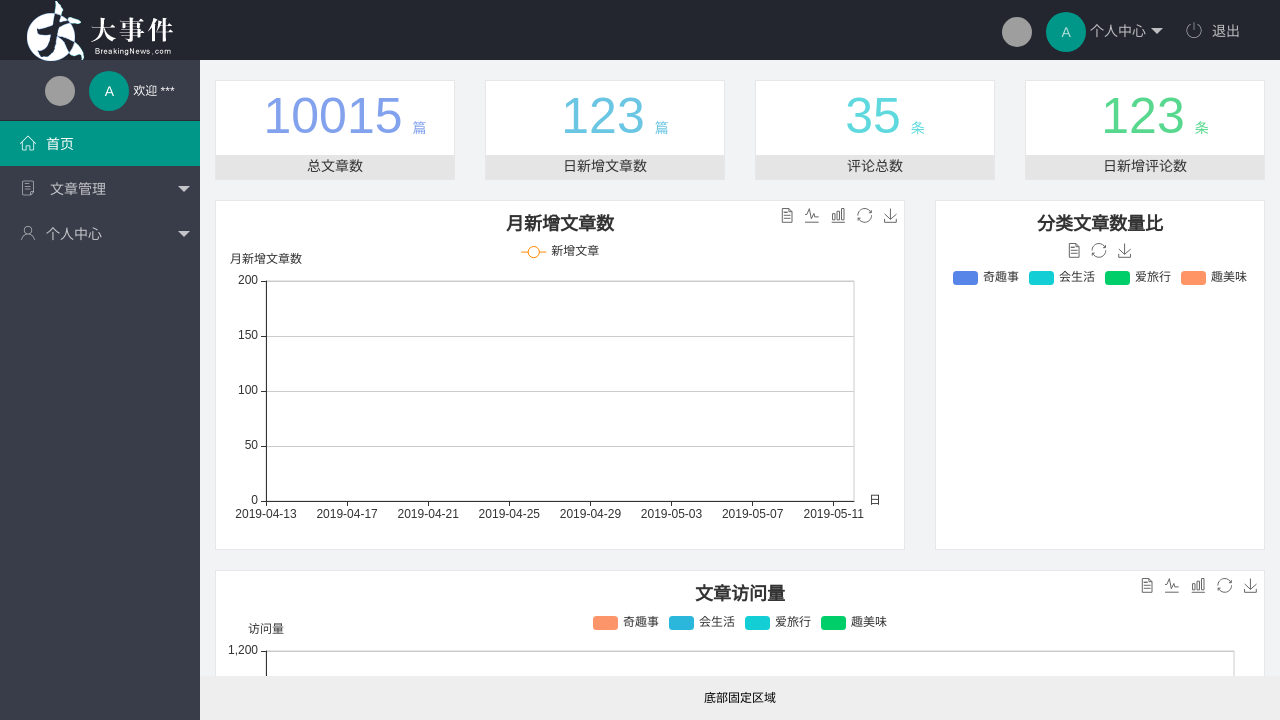
Repository: lithronmatic/web_bigbigevent
Page: index.html
These files come from the project's save history. The page is drawn as it stood at one moment and after the next save; the edit follows.
The browser window is 1280 px wide. The pictures show the whole page.
Pictures or frames that could not be fetched are drawn as grey boxes. The page's requests for data from a server got no answer.

Above is the page before, as saved 2022-09-03 09:46:44.

### index.html
<!DOCTYPE html>
<html lang="en">

<head>
    <meta charset="UTF-8">
    <meta http-equiv="X-UA-Compatible" content="IE=edge">
    <meta name="viewport" content="width=device-width, initial-scale=1.0">
    <title>后台主页</title>
    <link rel="stylesheet" href="./assets/lib/layui/css/layui.css">
    <link rel="stylesheet" href="./assets/fonts/iconfont.css">
    <link rel="stylesheet" href="./assets/css/index.css">
</head>

<body>
    <div class="layui-layout layui-layout-admin">
        <div class="layui-header">
            <div class="layui-logo">
                <img src="./assets/images/logo.png" alt="">
            </div>
            <!-- 头部区域（可配合layui 已有的水平导航） -->
            <ul class="layui-nav layui-layout-right">
                <li class="layui-nav-item layui-hide layui-show-md-inline-block">
                    <a href="javascript:;" class="userinfo">
                        <img src="//tva1.sinaimg.cn/crop.0.0.118.118.180/5db11ff4gw1e77d3nqrv8j203b03cweg.jpg"
                            class="layui-nav-img">
                        <span class="text-avatar">A</span>
                        个人中心
                    </a>
                    <dl class="layui-nav-child">
                        <dd><a href="">基本资料</a></dd>
                        <dd><a href="">更换头像</a></dd>
                        <dd><a href="">重置密码</a></dd>
                    </dl>
                </li>
                <li class="layui-nav-item">
                    <a href="javascript:;">
                        <span class="iconfont icon-tuichu"></span>退出
                    </a>
                </li>
            </ul>
        </div>

        <div class="layui-side layui-bg-black">
            <div class="layui-side-scroll">
                <div class="userinfo">
                    <img src="//tva1.sinaimg.cn/crop.0.0.118.118.180/5db11ff4gw1e77d3nqrv8j203b03cweg.jpg"
                        class="layui-nav-img">
                    <span class="text-avatar">A</span>
                    <span id="welcome">欢迎 ***</span>
                </div>
                <!-- 左侧导航区域（可配合layui已有的垂直导航） -->
                <ul class="layui-nav layui-nav-tree" lay-shrink="all" lay-filter="test">
                    <li class="layui-nav-item layui-this">
                        <a href="./home/dashboard.html" target="fm"><span class="iconfont icon-home"></span>首页</a>
                    </li>
                    <li class="layui-nav-item">
                        <a class="" href="javascript:;"><span class="iconfont icon-16"></span>
                            文章管理
                        </a>
                        <dl class="layui-nav-child">
                            <dd><a href="javascript:;"><i class="layui-icon layui-icon-app"></i>文章类别</a></dd>
                            <dd><a href="javascript:;"><i class="layui-icon layui-icon-app"></i>文章列表</a></dd>
                            <dd><a href="javascript:;"><i class="layui-icon layui-icon-app"></i>发布文章</a></dd>
                        </dl>
                    </li>
                    <li class="layui-nav-item">
                        <a href="javascript:;"><span class="iconfont icon-user"></span>个人中心</a>
                        <dl class="layui-nav-child">
                            <dd><a href="javascript:;">基本资料</a></dd>
                            <dd><a href="javascript:;">更换头像</a></dd>
                            <dd><a href="javascript:;">重置密码</a></dd>
                        </dl>
                    </li>
                </ul>
            </div>
        </div>

        <div class="layui-body">
            <!-- 内容主体区域 -->
            <iframe src="./home/dashboard.html" name="fm" frameborder="0"></iframe>
        </div>

        <div class="layui-footer">
            <!-- 底部固定区域 -->
            底部固定区域
        </div>
    </div>

    <!-- 导入layui.js文件 -->
    <script src="./assets/lib/layui/layui.all.js"></script>
    <!-- 导入jquery -->
    <script src="./assets/lib/jquery.js"></script>
    <!-- 导入baseAPI -->
    <script src="./assets/js/baseAPI.js"></script>
    <!-- 导入自己的js -->
    <script src="./assets/js/index.js"></script>
</body>

</html>

### assets/css/index.css
/* .iconfont{
    margin-right:8px;
}

.layui-icon{
    margin-right:8px;
    margin-left:20px;
}

iframe{
    width: 100%;
    height: 100%;
}

.layui-body{
    overflow: hidden;
}

a{
    transition: none!important;
}

.userinfo{
    height:60px;
    line-height: 60px;
    text-align: center;
    border-bottom:1px solid #282b33;

}

#welcome{
    color:#fff;
    font-size: 12px;
    /* 禁止用户选中 */
    /* user-select: none;
} */

/* .layui-nav-img{
    width:40px;
    height:40px;
}

.text-avatar{
    display: inline-block;
    width: 40px;
    height:40px;
    font-size: 20px;
    background-color: #009688;
    text-align: center;
    line-height: 40px;
    border-radius: 50%;
    position:relative;
    top:4px;
    margin-right: 10px;
}  */

.layui-footer{
    text-align: center;
    font-size: 12px;
}
.iconfont{
    margin-right:10px;
}
.layui-icon{
    margin-right:10px;
}
iframe{
    width:100%;
    height:100%;
}
.layui-body{
    overflow: hidden;
}
.userinfo{
    height:60px;
    line-height: 60px;
    text-align: center;
}
#welcome{
    color:#fff;
    font-size: 12px;
    /* 禁止用户选中  */
    user-select: none;
}
.layui-side-scroll .userinfo{
    border-bottom:1px solid #282b33;
}

.text-avatar{
    display: inline-block;
    width:40px;
    height: 40px;
    background-color: #009688;
    vertical-align: middle;
    border-radius: 50%;
    text-align: center;
    line-height: 40px;
}

### assets/js/baseAPI.js
// 在调用$.get()或$.post()或$.ajax()之前，都会先调用
// $.ajaxPrefilter这个函数
$.ajaxPrefilter(function(options){
    // console.log(options.url);//
    // 在发起真正的Ajax请求之前，统一拼接请求的根路径
    options.url = "http://www.liulongbin.top:3007" + options.url;
})

### assets/js/index.js
// $(function(){
//     getUserInfo();
// })

// var layer = layui.layer;
// // 获取用户的基本信息
// function getUserInfo(){
//     $.ajax({
//         method:'GET',
//         url:'/my/userinfo',
//         // headers就是请求头配置对象
//         headers:{
//             Authorization:localStorage.getItem('token') || ""
//         },
//         success:function(res){
//            if(res.status!==0){
//              return layui.layer.msg('获取用户信息失败!');
//            }
//         //调用renderAvatar 渲染用户的头像
//         renderAvatar(res.data);
//         }
//     })
// }

// // 渲染用户的头像
// function renderAvatar(user){
//     // 1.获取用户名称
//     var name = user.nickname || user.username;
//     // 2.设置欢迎的文本
//     $('#welcome').html('欢迎&nbsp;&nbsp;'+ name);
//     // 3.按需渲染用户的头像
//     if(user.user_pic!==null){
//         // 3.1渲染图片头像
//         $(".layui-nav-img").attr('src',user.user_pic).show();
//         // 让文本头像隐藏
//         $(".text-avatar").hide();
//     }else{
//         // 3.2渲染文本头像
//         // 让图片头像隐藏
//         $(".layui-nav-img").hide();
//         //渲染文本头像
//         var first = name[0].toUpperCase();
//         $(".text-avatar").html(first).show();
//     }
// }

$(function(){
    getUserInfo()

})

// 获取用户基本信息
function getUserInfo(){
    $.ajax({
        type:'GET',
        url:'/my/userinfo',
        // headers 请求头配置对象
        headers:{
            Authorization:localStorage.getItem('token')
        },
        success:function(res){
            if(res.status!=0){
                return layui.layer.msg('获取用户信息失败!')
            }
            // 调用renderAvatar渲染用户的头像
            renderAvatar(res.data)
        }
    })
}

// 渲染用户的头像
function renderAvatar(user){

}

### home/dashboard.html
<!DOCTYPE html>
<html lang="en">

<head>
  <meta charset="UTF-8">
  <meta name="viewport" content="width=device-width, initial-scale=1.0">
  <meta http-equiv="X-UA-Compatible" content="ie=edge">
  <title>图表统计</title>
  <link rel="stylesheet" href="../../assets/lib/bootstrap.css" />
  <link rel="stylesheet" href="../../assets/lib/main.css" />
  <script src="../../assets/lib/jquery.js"></script>
  <script type="text/javascript" src="../../assets/lib/echarts.min.js"></script>
</head>

<body>
  <div class="container-fluid">
    <div class="row spannel_list">
      <div class="col-sm-3 col-xs-6">
        <div class="spannel">
          <em>10015</em><span>篇</span>
          <b>总文章数</b>
        </div>
      </div>
      <div class="col-sm-3 col-xs-6">
        <div class="spannel scolor01">
          <em>123</em><span>篇</span>
          <b>日新增文章数</b>
        </div>
      </div>
      <div class="col-sm-3 col-xs-6">
        <div class="spannel scolor02">
          <em>35</em><span>条</span>
          <b>评论总数</b>
        </div>
      </div>
      <div class="col-sm-3 col-xs-6">
        <div class="spannel scolor03">
          <em>123</em><span>条</span>
          <b>日新增评论数</b>
        </div>
      </div>
    </div>
  </div>

  <div class="container-fluid">
    <div class="row curve-pie">
      <div class="col-lg-8 col-md-8">
        <div class="gragh_pannel" id="curve_show"></div>
      </div>
      <div class="col-lg-4 col-md-4">
        <div class="gragh_pannel" id="pie_show"></div>
      </div>
    </div>
  </div>

  <div class="container-fluid">
    <div class="column_pannel" id="column_show"></div>
  </div>

  <script>
    var oChart = echarts.init(document.getElementById('curve_show'));
    var aList_all = [
      { 'count': 36, 'date': '2019-04-13' },
      { 'count': 52, 'date': '2019-04-14' },
      { 'count': 78, 'date': '2019-04-15' },
      { 'count': 85, 'date': '2019-04-16' },
      { 'count': 65, 'date': '2019-04-17' },
      { 'count': 72, 'date': '2019-04-18' },
      { 'count': 88, 'date': '2019-04-19' },
      { 'count': 64, 'date': '2019-04-20' },
      { 'count': 72, 'date': '2019-04-21' },
      { 'count': 90, 'date': '2019-04-22' },
      { 'count': 96, 'date': '2019-04-23' },
      { 'count': 100, 'date': '2019-04-24' },
      { 'count': 102, 'date': '2019-04-25' },
      { 'count': 110, 'date': '2019-04-26' },
      { 'count': 123, 'date': '2019-04-27' },
      { 'count': 100, 'date': '2019-04-28' },
      { 'count': 132, 'date': '2019-04-29' },
      { 'count': 146, 'date': '2019-04-30' },
      { 'count': 200, 'date': '2019-05-01' },
      { 'count': 180, 'date': '2019-05-02' },
      { 'count': 163, 'date': '2019-05-03' },
      { 'count': 110, 'date': '2019-05-04' },
      { 'count': 80, 'date': '2019-05-05' },
      { 'count': 82, 'date': '2019-05-06' },
      { 'count': 70, 'date': '2019-05-07' },
      { 'count': 65, 'date': '2019-05-08' },
      { 'count': 54, 'date': '2019-05-09' },
      { 'count': 40, 'date': '2019-05-10' },
      { 'count': 45, 'date': '2019-05-11' },
      { 'count': 38, 'date': '2019-05-12' },
    ];

    let aCount = [];
    let aDate = [];

    for (var i = 0; i < aList_all.length; i++) {
      aCount.push(aList_all[i].count);
      aDate.push(aList_all[i].date);
    }

    var chartopt = {
      title: {
        text: '月新增文章数',
        left: 'center',
        top: '10'
      },
      tooltip: {
        trigger: 'axis'
      },
      legend: {
        data: ['新增文章'],
        top: '40'
      },
      toolbox: {
        show: true,
        feature: {
          mark: { show: true },
          dataView: { show: true, readOnly: false },
          magicType: { show: true, type: ['line', 'bar'] },
          restore: { show: true },
          saveAsImage: { show: true }
        }
      },
      calculable: true,
      xAxis: [
        {
          name: '日',
          type: 'category',
          boundaryGap: false,
          data: aDate
        }
      ],
      yAxis: [
        {
          name: '月新增文章数',
          type: 'value'
        }
      ],
      series: [
        {
          name: '新增文章',
          type: 'line',
          smooth: true,
          itemStyle: { normal: { areaStyle: { type: 'default' }, color: '#f80' }, lineStyle: { color: '#f80' } },
          data: aCount
        }],
      areaStyle: {
        normal: {
          color: new echarts.graphic.LinearGradient(0, 0, 0, 1, [{
            offset: 0,
            color: 'rgba(255,136,0,0.39)'
          }, {
            offset: .34,
            color: 'rgba(255,180,0,0.25)'
          }, {
            offset: 1,
            color: 'rgba(255,222,0,0.00)'
          }])

        }
      },
      grid: {
        show: true,
        x: 50,
        x2: 50,
        y: 80,
        height: 220
      }
    };

    oChart.setOption(chartopt);


    var oPie = echarts.init(document.getElementById('pie_show'));
    var oPieopt =
    {
      title: {
        top: 10,
        text: '分类文章数量比',
        x: 'center'
      },
      tooltip: {
        trigger: 'item',
        formatter: "{a} <br/>{b} : {c} ({d}%)"
      },
      color: ['#5885e8', '#13cfd5', '#00ce68', '#ff9565'],
      legend: {
        x: 'center',
        top: 65,
        data: ['奇趣事', '会生活', '爱旅行', '趣美味']
      },
      toolbox: {
        show: true,
        x: 'center',
        top: 35,
        feature: {
          mark: { show: true },
          dataView: { show: true, readOnly: false },
          magicType: {
            show: true,
            type: ['pie', 'funnel'],
            option: {
              funnel: {
                x: '25%',
                width: '50%',
                funnelAlign: 'left',
                max: 1548
              }
            }
          },
          restore: { show: true },
          saveAsImage: { show: true }
        }
      },
      calculable: true,
      series: [
        {
          name: '访问来源',
          type: 'pie',
          radius: ['45%', '60%'],
          center: ['50%', '65%'],
          data: [
            { value: 300, name: '奇趣事' },
            { value: 100, name: '会生活' },
            { value: 260, name: '爱旅行' },
            { value: 180, name: '趣美味' }
          ]
        }
      ]
    };
    oPie.setOption(oPieopt);



    var oColumn = this.echarts.init(document.getElementById('column_show'));
    var oColumnopt =
    {
      title: {
        text: '文章访问量',
        left: 'center',
        top: '10'
      },
      tooltip: {
        trigger: 'axis'
      },
      legend: {
        data: ['奇趣事', '会生活', '爱旅行', '趣美味'],
        top: '40'
      },
      toolbox: {
        show: true,
        feature: {
          mark: { show: true },
          dataView: { show: true, readOnly: false },
          magicType: { show: true, type: ['line', 'bar'] },
          restore: { show: true },
          saveAsImage: { show: true }
        }
      },
      calculable: true,
      xAxis: [
        {
          type: 'category',
          data: ['1月', '2月', '3月', '4月', '5月']
        }
      ],
      yAxis: [
        {
          name: '访问量',
          type: 'value'
        }
      ],
      series: [
        {
          name: '奇趣事',
          type: 'bar',
          barWidth: 20,
          itemStyle: {
            normal: { areaStyle: { type: 'default' }, color: '#fd956a' }
          },
          data: [800, 708, 920, 1090, 1200]
        },
        {
          name: '会生活',
          type: 'bar',
          barWidth: 20,
          itemStyle: {
            normal: { areaStyle: { type: 'default' }, color: '#2bb6db' }
          },
          data: [400, 468, 520, 690, 800]
        },
        {
          name: '爱旅行',
          type: 'bar',
          barWidth: 20,
          itemStyle: {
            normal: { areaStyle: { type: 'default' }, color: '#13cfd5' }
          },
          data: [500, 668, 520, 790, 900]
        },
        {
          name: '趣美味',
          type: 'bar',
          barWidth: 20,
          itemStyle: {
            normal: { areaStyle: { type: 'default' }, color: '#00ce68' }
          },
          data: [600, 508, 720, 890, 1000]
        }
      ],
      grid: {
        show: true,
        x: 50,
        x2: 30,
        y: 80,
        height: 260
      },
      dataZoom: [//给x轴设置滚动条
        {
          start: 0,//默认为0
          end: 100 - 1000 / 31,//默认为100
          type: 'slider',
          show: true,
          xAxisIndex: [0],
          handleSize: 0,//滑动条的 左右2个滑动条的大小
          height: 8,//组件高度
          left: 45, //左边的距离
          right: 50,//右边的距离
          bottom: 26,//右边的距离
          handleColor: '#ddd',//h滑动图标的颜色
          handleStyle: {
            borderColor: "#cacaca",
            borderWidth: "1",
            shadowBlur: 2,
            background: "#ddd",
            shadowColor: "#ddd",
          }
        }]
    };
    oColumn.setOption(oColumnopt);
  </script>
</body>

</html>

Loaded but not shown: assets/lib/layui/css/layui.css (library); assets/fonts/iconfont.css (common file); assets/lib/layui/layui.all.js (library); assets/lib/jquery.js (library); assets/lib/bootstrap.css (library); assets/lib/main.css (library); assets/lib/echarts.min.js (library); assets/lib/layui/css/modules/laydate/default/laydate.css (library); assets/lib/layui/css/modules/layer/default/layer.css (library); assets/lib/layui/css/modules/code.css (common file)

After the next save:
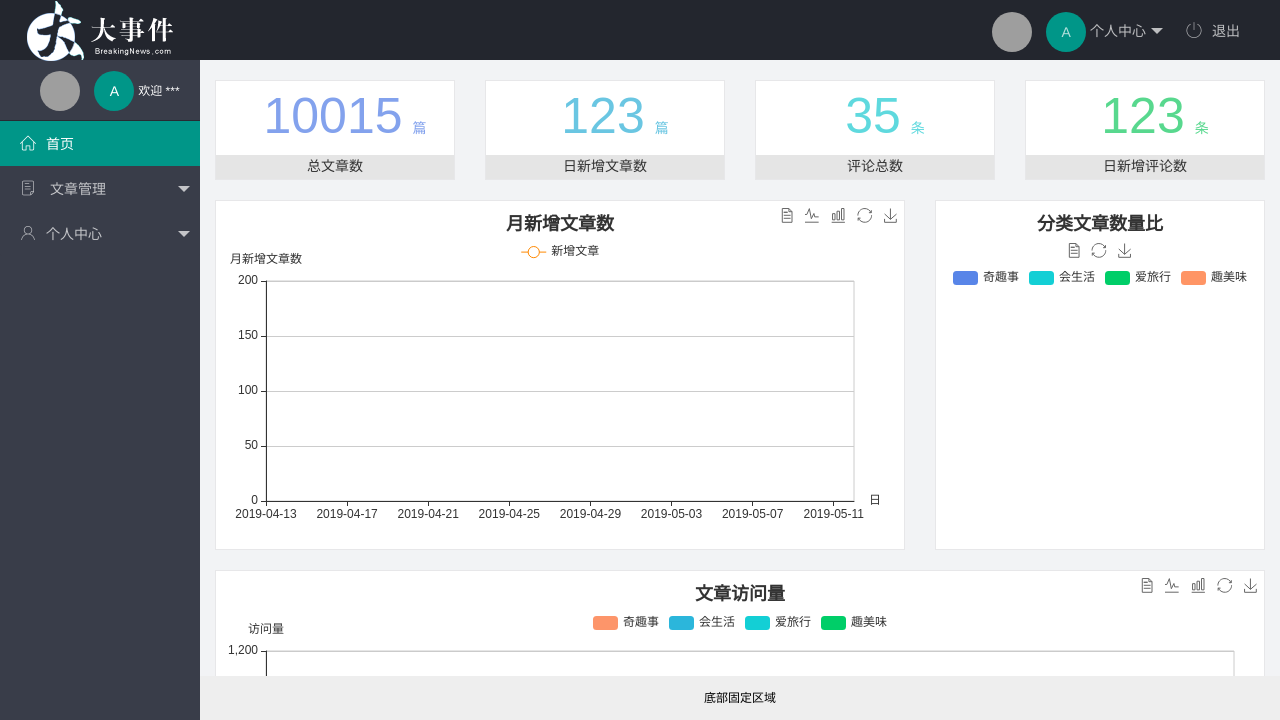
Saved 59 s later.
--- a/assets/css/index.css
+++ b/assets/css/index.css
@@ -96,3 +96,7 @@ iframe{
     text-align: center;
     line-height: 40px;
 }
+.layui-nav-img{
+    width:40px;
+    height:40px;
+}
